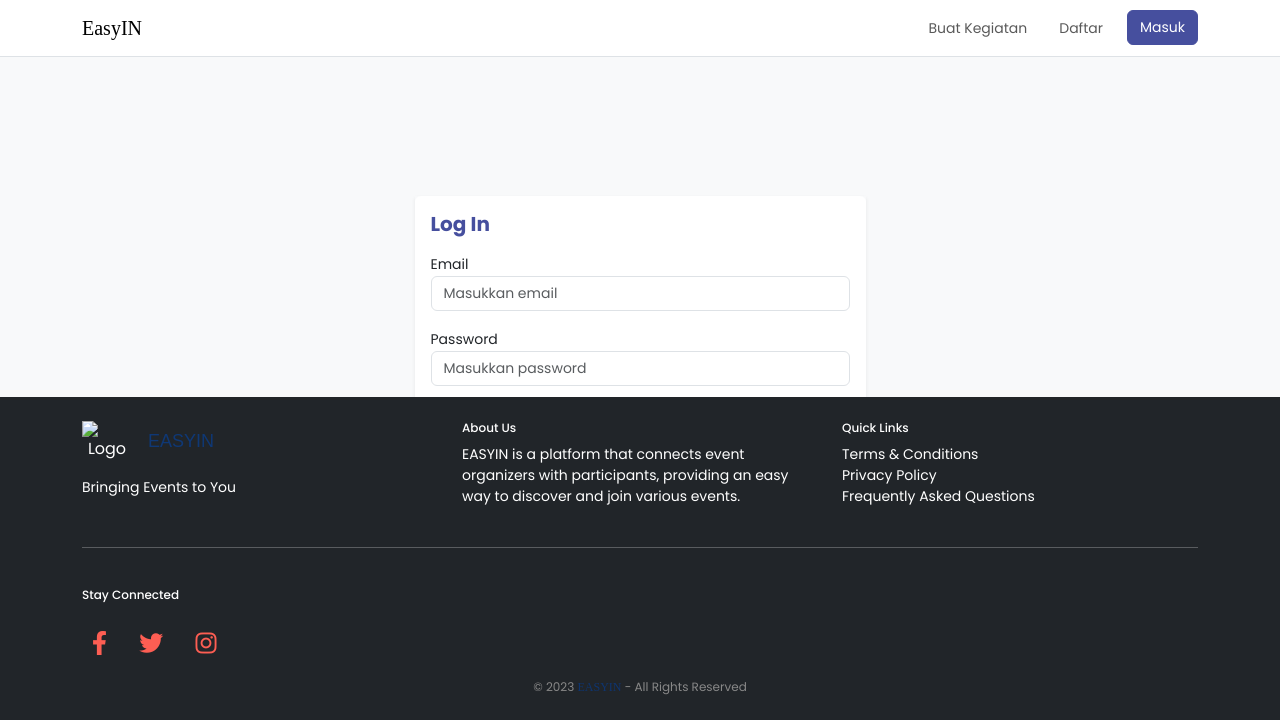
Repository: Imadaaa/Ticketing_Online
Page: http://localhost/login
The author's editor kept a copy of each file at every save. The page is drawn from the files as they stood at one save, then again after the next save.
The browser window is 1280 px wide. The pictures show the whole page.
Some web fonts or font styles are not loaded; a fallback is used. The page is served by the project's Laravel application, run on PHP 8.4 with Laravel 10. Other server files are loaded and not shown.

Above is the page before, as saved 2023-08-22 03:06:20.
Console error: ReferenceError: $ is not defined

### routes/web.php
<?php

use Illuminate\Support\Facades\Route;
use App\Http\Controllers\AuthController;
use App\Http\Controllers\AcaraController;
use App\Http\Controllers\TiketController;
use App\Http\Controllers\UsersController;
use App\Http\Controllers\KampusController;
use App\Http\Controllers\LokasiController;
use App\Http\Controllers\KategoriController;
use App\Http\Controllers\DashboardController;
use App\Http\Controllers\JenisTiketController;
use App\Http\Controllers\LandingPageController;
use App\Http\Controllers\MetodePembayaranController;

/*
|--------------------------------------------------------------------------
| Web Routes
|--------------------------------------------------------------------------
|
| Here is where you can register web routes for your application. These
| routes are loaded by the RouteServiceProvider and all of them will
| be assigned to the "web" middleware group. Make something great!
|
*/

// landing page
Route::get('/', [LandingPageController::class, 'index'])->name('landing-page.index');

// acara
Route::group(['prefix' => 'acara'], function() {
    Route::get('/{slug}', [AcaraController::class, 'landingPageShow'])->name('landing-page.acara.show');
});

// kategori
Route::group(['prefix' => 'kategori'], function() {
    Route::get('/', [KategoriController::class, 'landingPageIndex'])->name('landing-page.kategori.index');
});

// auth
Route::get('/login', [AuthController::class, 'getLogin'])->name('login');
Route::post('/login', [AuthController::class, 'doLogin']);
Route::post('/logout', [AuthController::class, 'doLogout'])->name('logout');
Route::group(['prefix' => 'register'], function() {
    Route::get('/', [AuthController::class, 'getRegister'])->name('register');
    Route::post('/', [AuthController::class, 'doRegister']);
    Route::get('/verifikasi/{token}', [AuthController::class, 'doVerifikasi']);
});

// dashboard
Route::group(['prefix' => 'dashboard'], function() {
    // pages
    Route::get('/', [DashboardController::class, 'getIndex'])->name('dashboard.index');

    // kategori
    Route::group(['prefix' => 'kategori'], function() {
        Route::get('/datatable-json', [KategoriController::class, 'datatableJson'])->name('dashboard.kategori.datatable-json');
    });
    Route::resource('kategori', KategoriController::class, ['as' => 'dashboard'])->except('show');

    // lokasi
    Route::group(['prefix' => 'lokasi'], function() {
        Route::get('/datatable-json', [LokasiController::class, 'datatableJson'])->name('dashboard.lokasi.datatable-json');
    });
    Route::resource('lokasi', LokasiController::class, ['as' => 'dashboard'])->except('show');

    // kampus
    Route::group(['prefix' => 'kampus'], function() {
        Route::get('/datatable-json', [KampusController::class, 'datatableJson'])->name('dashboard.kampus.datatable-json');
    });
    Route::resource('kampus', KampusController::class, ['as' => 'dashboard'])->except('show')->parameters(['kampus' => 'kampus']);

    // metode pembayaran
    Route::group(['prefix' => 'metode-pembayaran'], function() {
        Route::get('/datatable-json', [MetodePembayaranController::class, 'datatableJson'])->name('dashboard.metode-pembayaran.datatable-json');
    });
    Route::resource('metode-pembayaran', MetodePembayaranController::class, ['as' => 'dashboard'])->except('show');

    // user
    Route::group(['prefix' => 'user'], function() {
        Route::get('/datatable-json', [UsersController::class, 'datatableJson'])->name('dashboard.user.datatable-json');
    });
    Route::resource('user', UsersController::class, ['as' => 'dashboard'])->only(['index', 'destroy']);

    // acara
    Route::group(['prefix' => 'acara'], function() {
        Route::get('/datatable-json', [AcaraController::class, 'datatableJson'])->name('dashboard.acara.datatable-json');

        Route::get('/{acara}/jenis-tiket', [JenisTiketController::class, 'index'])->name('dashboard.jenis-tiket.index');
        Route::post('/{acara}/jenis-tiket', [JenisTiketController::class, 'store'])->name('dashboard.jenis-tiket.store');

        Route::get('/{acara}/tiket/datatable-json', [TiketController::class, 'datatableJson'])->name('dashboard.tiket.datatable-json');
        Route::post('/{acara}/tiket', [TiketController::class, 'store'])->name('dashboard.tiket.store');
        Route::delete('/tiket/{tiket}', [TiketController::class, 'destroy'])->name('dashboard.tiket.destroy');
    });
    Route::resource('acara', AcaraController::class, ['as' => 'dashboard'])->except('show');
});

### app/Http/Controllers/AuthController.php
<?php

namespace App\Http\Controllers;

use App\Models\User;
use App\Mail\VerifyEmail;
use Illuminate\Support\Str;
use Illuminate\Http\Request;
use App\Http\Requests\UserRequest;
use Illuminate\Support\Facades\DB;
use Illuminate\Support\Facades\Mail;

class AuthController extends Controller
{
    public function getLogin()
    {
        return view('auth.login');
    }

    public function doLogin(Request $request)
    {
        $credentials = [
            'email' => $request->email,
            'password' => $request->password,
            'is_active' => true
        ];

        if(auth()->attempt($credentials)) {
            return redirect()->route('landing-page.index');
        }

        return redirect()->back()->with('error', 'Email atau password salah');
    }

    public function getRegister()
    {
        return view('auth.register');
    }

    public function doRegister(UserRequest $request)
    {
        $verify_token = Str::random(25);

        $payload = [
            'nama' => $request->nama,
            'verify_token' => $verify_token
        ];

        DB::beginTransaction();

        try {
            Mail::to($request->email)->send(new VerifyEmail($payload));

            User::create([
                'nama' => $request->nama,
                'email' => $request->email,
                'password' => bcrypt($request->password),
                'verify_email_token' => $verify_token
            ]);

            DB::commit();

            return redirect()->back()->with('success', 'Silahkan periksa email anda');
        } catch (Exception $e) {
            DB::rollback();

            return redirect()->back()->with('error', 'Proses registrasi gagal');
        }
    }

    public function doLogout()
    {
        auth()->logout();

        return redirect()->route('landing-page.index');
    }

    public function doVerifikasi($token)
    {
        if(!$token) {
            abort(404);
        }

        $user = User::where('verify_email_token', '=', $token)->firstOrFail();

        $user->update([
            'email_verified_at' => date('Y-m-d H:i:s'),
            'verify_email_token' => null,
            'is_active' => true
        ]);

        return redirect()->route('login')->with('success', 'Email berhasil di verifikasi, silahkan masuk');
    }
}

### resources/views/auth/login.blade.php
@extends('template.landing-page.app')

@section('title', 'Login')

@push('styles')
    <style>
        .wrap-login {
            margin-top: 100px;
        }
    </style>
@endpush

@section('content')
    <div class="container py-5">
        <div class="row mt-5 justify-content-center">
            <div class="col-lg-5 wrap-login">
                @if(session('error'))
                    <div class="alert bg-danger fs-14 text-white">
                        <i class="fa-solid fa-circle-xmark"></i>
                        <span>{{ session('error') }}</span>
                    </div>
                @elseif(session('success'))
                    <div class="alert bg-success fs-14 text-white">
                        <i class="fa-solid fa-circle-check"></i>
                        <span>{{ session('success') }}</span>
                    </div>
                @endif
                <div class="card border-0">
                    <div class="card-body shadow-sm">
                        <h5 class="fw-700 text-primary">Log In</h5>
                        <form action="{{ url('/login') }}" method="POST" class="mt-3">
                            @csrf
                            <div class="mb-3">
                                <label for="email" class="fs-14">Email</label>
                                <input type="email" class="form-control fs-14" name="email" id="email" placeholder="Masukkan email" required>
                            </div>
                            <div class="mb-3">
                                <label for="password" class="fs-14">Password</label>
                                <input type="password" class="form-control fs-14" name="password" id="password" placeholder="Masukkan password" required>
                            </div>
                            <div class="mb-3">
                                <p class="fs-14 mb-1 text-muted">Belum punya akun? daftar <a class="text-primary text-decoration-none" href="{{ route('register') }}">disini</a></p>
                                <p class="fs-14 mb-1 text-muted"><a class="text-primary text-decoration-none" href="{{ route('register') }}">Lupa Password</a></p>
                                <button type="submit" class="btn btn-primary fw-700 fs-14">Log In</button>
                            </div>
                        </form>
                    </div>
                </div>
            </div>
        </div>
    </div>
@endsection

### resources/views/template/landing-page/app.blade.php
<!doctype html>
<html lang="en">

<head>
    <meta charset="utf-8">
    <meta name="viewport" content="width=device-width, initial-scale=1">
    <title>EasyIN - @yield('title')</title>

    @include('template.landing-page.partials._style')
</head>

<body class="bg-light">
    {{-- navbar --}}
    @include('template.landing-page.partials._navbar')

    @yield('content')

    {{-- footer --}}
    @include('template.landing-page.partials._footer')

    @include('template.landing-page.partials._script')
</body>

</html>

### resources/views/template/landing-page/partials/_style.blade.php
<link href="https://cdn.jsdelivr.net/npm/bootstrap@5.3.1/dist/css/bootstrap.min.css" rel="stylesheet"
    integrity="sha384-4bw+/aepP/YC94hEpVNVgiZdgIC5+VKNBQNGCHeKRQN+PtmoHDEXuppvnDJzQIu9" crossorigin="anonymous">
<link rel="stylesheet" href="{{ asset('css/custom.css') }}">
<link rel="preconnect" href="https://fonts.googleapis.com">
<link rel="preconnect" href="https://fonts.gstatic.com" crossorigin>
<link href="https://fonts.googleapis.com/css2?family=Audiowide&family=Poppins:wght@400;500;600;700&display=swap"
    rel="stylesheet">
<link rel="stylesheet" href="https://cdnjs.cloudflare.com/ajax/libs/font-awesome/6.4.0/css/all.min.css"
    integrity="sha512-iecdLmaskl7CVkqkXNQ/ZH/XLlvWZOJyj7Yy7tcenmpD1ypASozpmT/E0iPtmFIB46ZmdtAc9eNBvH0H/ZpiBw=="
    crossorigin="anonymous" referrerpolicy="no-referrer" />
<link rel="stylesheet" href="{{ asset('css/slick-theme.css') }}">
<script src="{{ asset('js/slick.min.js') }}"></script>
@stack('styles')

### resources/views/template/landing-page/partials/_navbar.blade.php
<nav class="navbar navbar-expand-lg {{ request()->is('login') || request()->is('register') || !request()->is('/') ? 'bg-white border-bottom' : '' }}">
    <div class="container">
        <a class="navbar-brand {{ request()->is('login') || request()->is('register') || !request()->is('/') ? '' : 'text-white' }} text-title" href="{{ route('landing-page.index') }}">EasyIN</a>
        <button class="navbar-toggler" type="button" data-bs-toggle="collapse" data-bs-target="#navbarNav"
            aria-controls="navbarNav" aria-expanded="false" aria-label="Toggle navigation">
            <span class="navbar-toggler-icon"></span>
        </button>
        <div class="collapse navbar-collapse" id="navbarNav">
            <ul class="navbar-nav ms-auto">
                <li class="nav-item ms-3">
                    <a class="nav-link {{ request()->is('login') || request()->is('register') || !request()->is('/') ? '' : 'text-white' }} fs-14" aria-current="page" href="#">Buat Kegiatan</a>
                </li>
                @if(auth()->user())
                    <li class="nav-item ms-3">
                        <a class="nav-link {{ request()->is('login') || request()->is('register') || !request()->is('/') ? '' : 'text-white' }} fs-14" href="{{ route('dashboard.index') }}">Dashboard</a>
                    </li>
                    <li class="nav-item ms-3">
                        <a class="nav-link {{ request()->is('login') || request()->is('register') || !request()->is('/') ? '' : 'text-white' }} fs-14" href="#" onclick="document.getElementById('form-logout').submit();">Logout <i class="fa-solid fa-power-off"></i></a>
                        <form action="{{ route('logout') }}" method="POST" id="form-logout">
                            @csrf
                        </form>
                    </li>
                @else
                    <li class="nav-item ms-3">
                        <a class="nav-link {{ request()->is('login') || request()->is('register') || !request()->is('/') ? '' : 'text-white' }} fs-14" href="{{ route('register') }}">Daftar</a>
                    </li>
                    <li class="nav-item ms-3">
                        <a class="btn btn-primary {{ request()->is('login') || request()->is('register') || !request()->is('/') ? '' : 'text-white' }} fs-14" href="{{ route('login') }}">Masuk</a>
                    </li>
                @endif
            </ul>
        </div>
    </div>
</nav>

### resources/views/template/landing-page/partials/_footer.blade.php
<footer
    class="slider -bottom-3 -mb-2 bg-dark text-white py-4 {{ request()->is('login') || request()->is('register') ? 'footer-fixed' : '' }}">

    <style>
        .footer {
            position: absolute;
            bottom: 0;
            width: 100%;
            padding: 20px 0;
            /* Atur sesuai dengan kebutuhan */
            background-color: #343a40;
            /* Ganti warna sesuai kebutuhan */
        }

        .footer-fixed {
            position: absolute;
            bottom: 0;
            width: 100%;
        }

        .unique-font {
            font-family: 'Audiowide', sans-serif;
            font-size: 18px;
            color: #0f3875;
        }

        .social-link {
            font-size: 24px;
            color: #fd5e53;
            margin: 0 10px;
            transition: transform 0.3s ease-in-out;
        }

        .social-link:hover {
            transform: scale(1.2);
        }

        .hover-text-decoration-none {
            text-decoration: none;
            transition: color 0.3s ease-in-out;
        }

        .hover-text-decoration-none:hover {
            color: #0f356f;
        }

        .content {
            margin-bottom: 100px;
            /* Atur sesuai tinggi footer */
            position: relative;
        }

        .footer-link:hover {
            color: #fd5e53;
        }
    </style>

    <div class="container">
        <div class="row">
            <div class="col-md-4">
                <div class="d-flex align-items-center text-center">
                    <img src="{{ asset('storage/img/logo/Steam_icon.png') }}" alt="Logo" class="logo me-3"
                        style="max-width: 50px;">
                    <p class="fs-12 mb-0 unique-font">EASYIN</p>
                </div>
                <p class="mt-3 fs-14">Bringing Events to You</p>
            </div>
            <div class="col-md-4">
                <h5 class="fs-12">About Us</h5>
                <p class="fs-14">EASYIN is a platform that connects event organizers with participants, providing an
                    easy way to discover and join various events.</p>
            </div>
            <div class="col-md-4">
                <h5 class="fs-12">Quick Links</h5>
                <ul class="list-unstyled fs-14">
                    <li><a href="#" class="text-white hover-text-decoration-none">Terms & Conditions</a></li>
                    <li><a href="#" class="text-white hover-text-decoration-none">Privacy Policy</a></li>
                    <li><a href="#" class="text-white hover-text-decoration-none">Frequently Asked Questions</a>
                    </li>
                </ul>
            </div>
        </div>
        <hr class="my-4">
        <div class="row">
            <div class="col-md-10 mt-3">
                <h5 class="fs-12 mb-4">Stay Connected</h5>
                <ul class="list-inline social-icons">
                    <li class="list-inline-item"><a href="#" class="social-link"><i
                                class="fab fa-facebook-f"></i></a>
                    </li>
                    <li class="list-inline-item"><a href="#" class="social-link"><i
                                class="fab fa-twitter"></i></a></li>
                    <li class="list-inline-item"><a href="#" class="social-link"><i
                                class="fab fa-instagram"></i></a>
                    </li>
                </ul>
            </div>
        </div>
        <div class="row">
            <div class="col-md-12 text-center">
                <p class="fs-12 mb-0" style="color: #888;">&copy; {{ date('Y') }} <span class="text-title"
                        style="color: #0f356f;">EASYIN</span> - All Rights Reserved</p>
            </div>
        </div>
    </div>
</footer>

### resources/views/template/landing-page/partials/_script.blade.php
<script src="https://cdn.jsdelivr.net/npm/bootstrap@5.3.1/dist/js/bootstrap.bundle.min.js"
    integrity="sha384-HwwvtgBNo3bZJJLYd8oVXjrBZt8cqVSpeBNS5n7C8IVInixGAoxmnlMuBnhbgrkm" crossorigin="anonymous">
</script>
<script>
    $(document).ready(function() {
        $('.slider').slick({
            autoplay: true,
            dots: true,
        });
    });
</script>
@stack('scripts')

### public/css/custom.css
* {
    font-family: "Poppins", sans-serif;
}

.navbar {
    position: absolute !important;
    width: 100%;
    z-index: 1;
}

#hero {
    background-image: url("../img/hero.jpg");
    height: 500px;
    background-position: center;
    background-repeat: no-repeat;
    position: relative;
}

#hero::after {
    content: "";
    height: 100%;
    width: 100%;
    background-color: rgba(0, 0, 0, .5);
    display: block;
}

#hero .text-hero {
    position: absolute;
    width: auto;
    height: auto;
    top: 40%;
    text-align: center;
}

.search-bar {
    margin-top: -80px;
    z-index: 1;
    position: relative;
}

.search-bar .wrap-search-form {
    padding: 60px 50px;
}

#kegiatan-kampus .card {
    background-position: center;
    background-size: cover;
    background-repeat: no-repeat;
    position: relative;
}

#kegiatan-kampus .card::before {
    content: "";
    height: 100%;
    width: 100%;
    background-color: rgba(0, 0, 0, .5);
    display: block;
    position: absolute;
    border-radius: 0.375rem;
}

#kegiatan-kampus .card .card-body h5 {
    margin-top: 200px;
}

#kegiatan-kampus .card .card-body h5, #kegiatan-kampus .card .card-body p, #kegiatan-kampus .card .card-body a {
    z-index: 1;
    position: relative;
}

footer, .bg-dark {
    background-color: #212529 !important;
}

.text-title {
    font-family: 'Audiowide', cursive;
}

.fs-14 {
    font-size: 14px;
}

.fs-12 {
    font-size: 12px;
}

.fs-60 {
    font-size: 60px;
}

.fw-700 {
    font-weight: 700;
}

.btn-primary {
    background-color: #464F9E !important;
    border-color: #464F9E !important;
}

.btn-outline-primary {
    background-color: white !important;
    border-color: #464F9E !important;
    color: #464F9E !important;
}

.btn-outline-primary:hover {
    background-color: #464F9E !important;
    color: white !important;
}

.text-primary {
    color: #464F9E !important;
}

.footer-fixed {
    position: absolute;
    width: 100%;
    bottom: 0;
}

Loaded but not shown: app/Http/Controllers/Controller.php (common file); public/js/slick.min.js (no stored copy; drawn as an empty file)

After the next save:
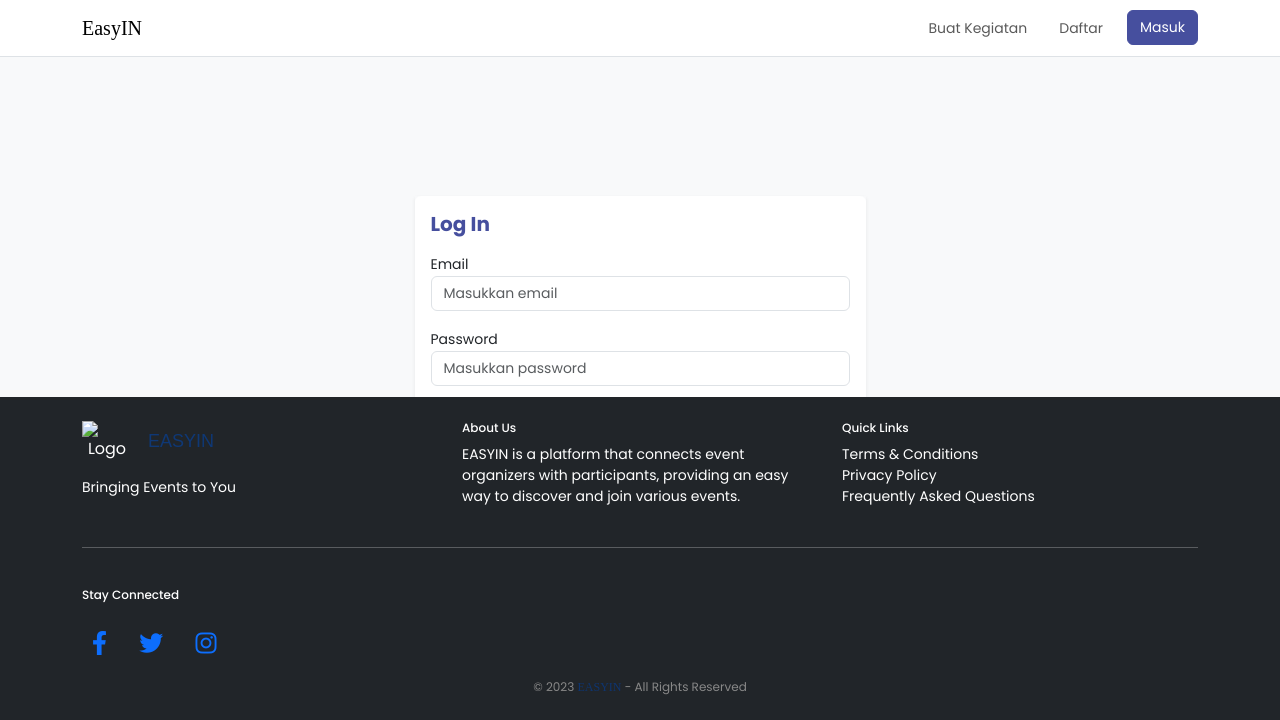
Saved 13 s later.
--- a/resources/views/template/landing-page/partials/_footer.blade.php
+++ b/resources/views/template/landing-page/partials/_footer.blade.php
@@ -26,7 +26,7 @@
 
         .social-link {
             font-size: 24px;
-            color: #fd5e53;
+            color: ##0f3875;
             margin: 0 10px;
             transition: transform 0.3s ease-in-out;
         }
